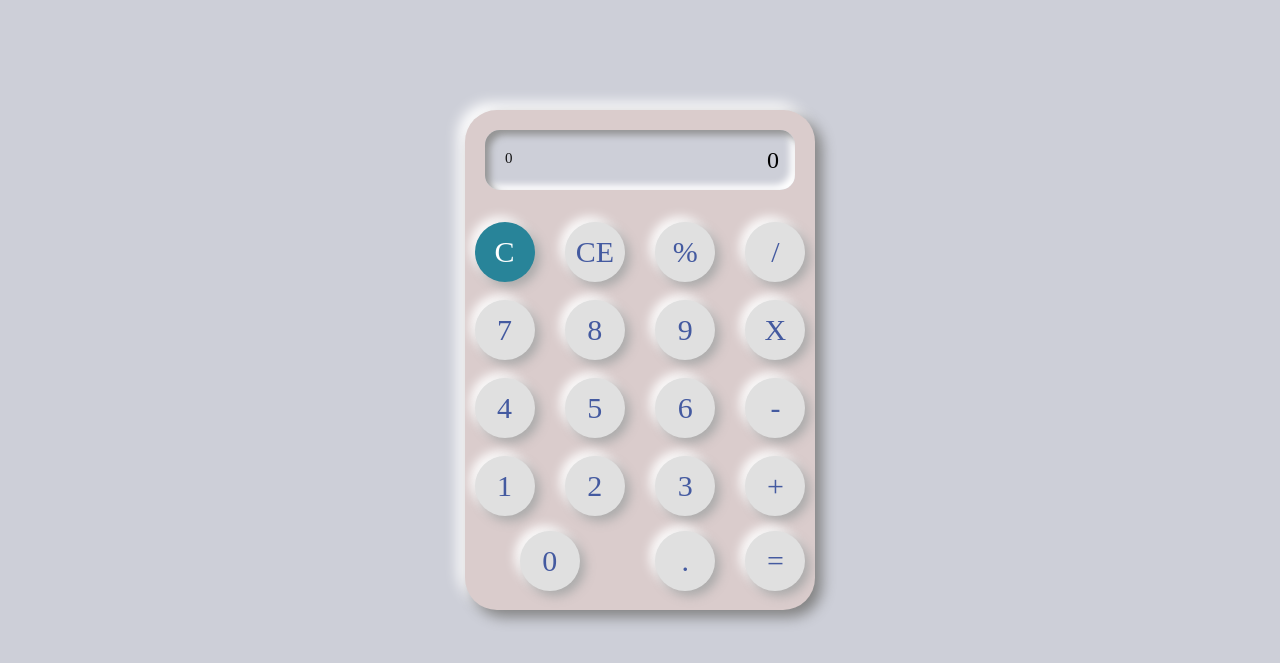
Repository: Goldmyn/Calculator
Page: index.html
An editor plug-in stored every save of this project. The page is shown before and after the next save, followed by the edit.
The browser window is 1280 px wide. The pictures show the whole page.
The pointer rests on the first visible `.button`.

Above is the page before, as saved 2022-09-28 02:36:48.

After the next save:
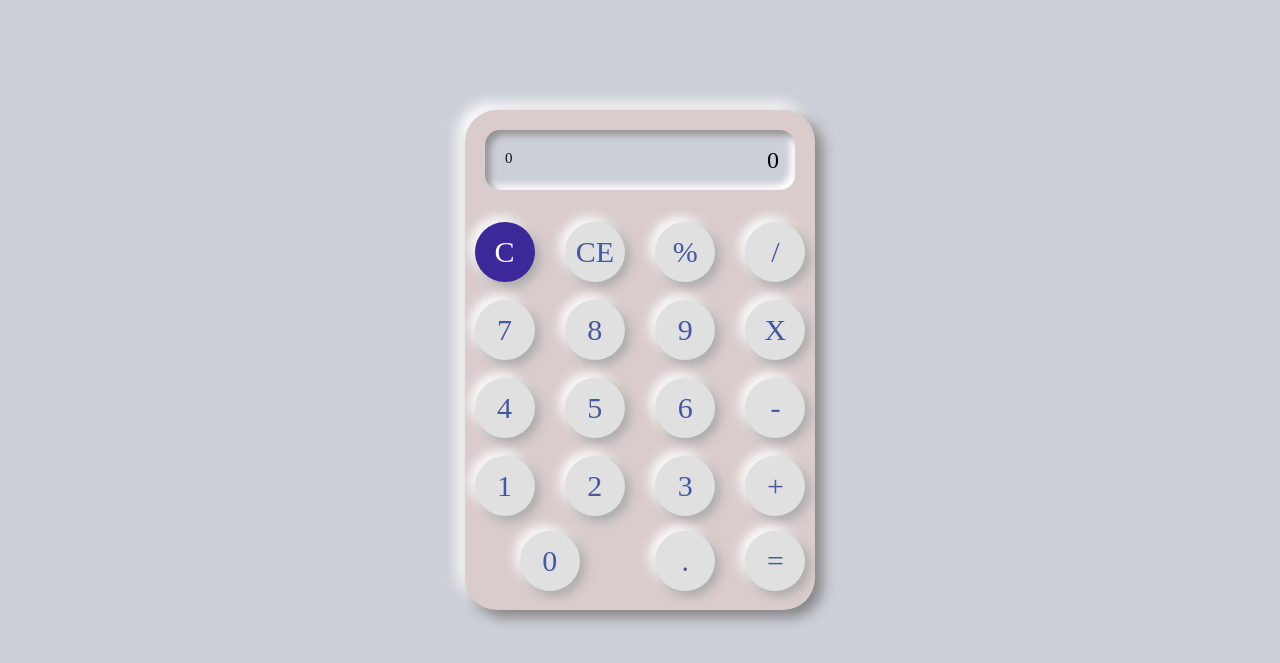
Saved 4 s later.
--- a/index.css
+++ b/index.css
@@ -86,7 +86,7 @@ section {
 }
 
 .button:hover {
-    background-color: rgb(40, 132, 153);
+    background-color: rgb(60, 40, 153);
     color: white;
 }
 
